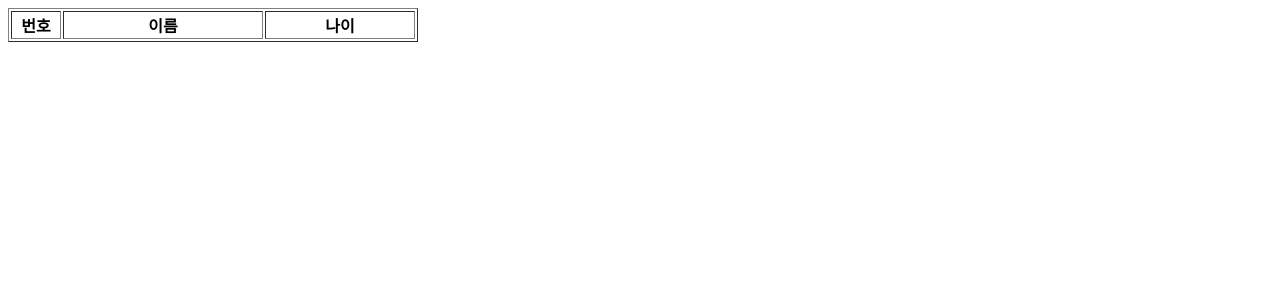
Repository: jeongho97/JQuery
Page: JQuery기본/WebContent/JQuery속성추가_값저장.html
An editor plug-in stored every save of this project. The page is shown before and after the next save, followed by the edit.
The browser window is 1280 px wide. The pictures show the whole page.

Above is the page before, as saved 2022-05-13 01:20:18.

After the next save:
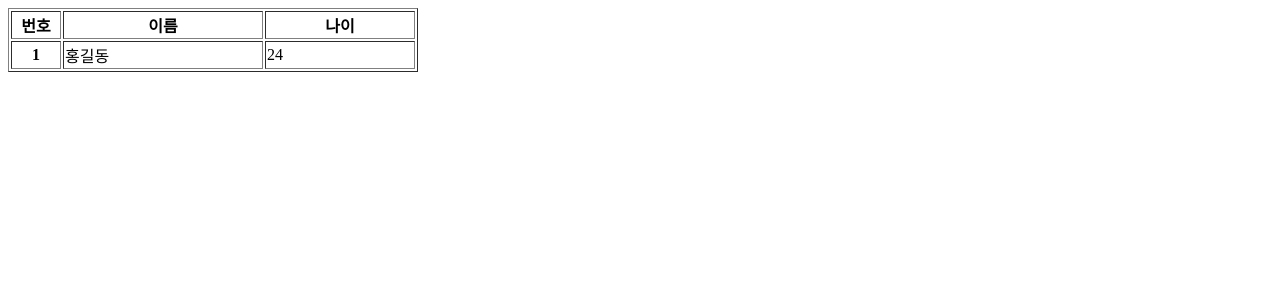
Saved 30 s later.
--- a/JQuery기본/WebContent/JQuery속성추가_값저장.html
+++ b/JQuery기본/WebContent/JQuery속성추가_값저장.html
@@ -14,6 +14,10 @@
 	<th>번호</th><th>이름</th><th>나이</th>
 </tr>
 
+<tr>
+	<th>1</th><td>홍길동</td><td>24</td>
+</tr>
+
 
 </table>
 
